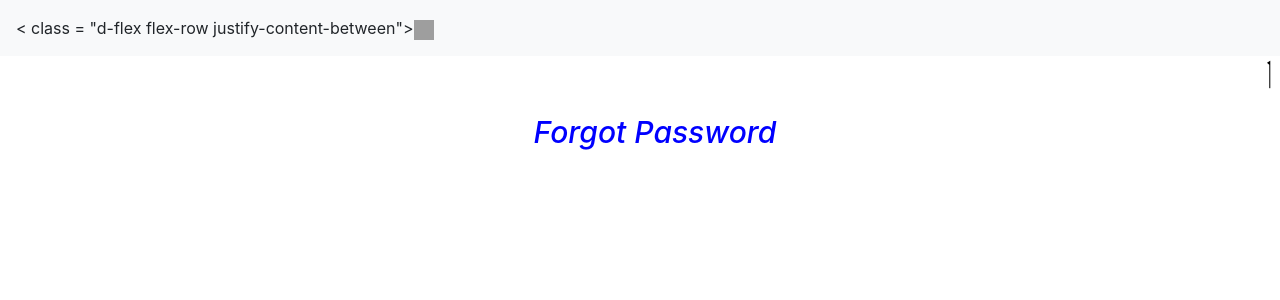
Repository: siri548/Karyakartha
Page: forgotPage.html
The author's editor kept a copy of each file at every save. The page is drawn from the files as they stood at one save, then again after the next save.
The browser window is 1280 px wide. The pictures show the whole page.
Pictures or frames that could not be fetched are drawn as grey boxes.

Above is the page before, as saved 2023-11-04 15:46:13.
Console error (its wording comes from the project's code and is left out).

After the next save:
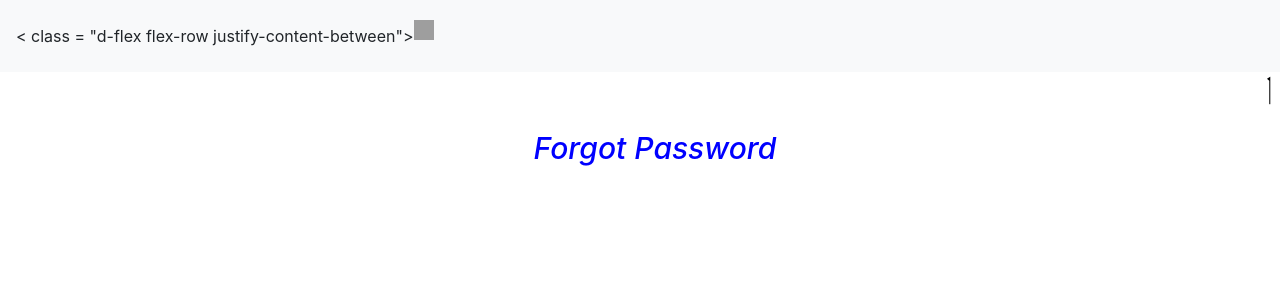
Saved 6 s later.
--- a/forgotPage.html
+++ b/forgotPage.html
@@ -15,14 +15,14 @@
 </head>
 
 <body>
-    <div    class = "bg-forgotPage">
-    <nav    class = "navbar navbar-expand-lg navbar-light bg-light">
-    <       class = "d-flex flex-row justify-content-between">
-    <a      class = " navbar-brand " href       = "# ">
-    <i      class = "outer-icon bi bi-search "></i>
-    <img    src   = "D:\icons\trend.png " class = "inner-icon " />
-    <button class = "navbar-toggler " type      = "button " data-toggle = "collapse " data-target = "#navbarNavAltMarkup " aria-controls = "navbarNavAltMarkup " aria-expanded = "false " aria-label = "Toggle navigation ">
-    <span   class = "navbar-toggler-icon "></span>
+    <div    class    = "bg-forgotPage">
+    <nav    class    = "navbar navbar-expand-lg navbar-light bg-light">
+    <       class    = "d-flex flex-row justify-content-between">
+    <div    <a class = " navbar-brand " href       = "# ">
+    <i      class    = "outer-icon bi bi-search "></i>
+    <img    src      = "D:\icons\trend.png " class = "inner-icon " />
+    <button class    = "navbar-toggler " type      = "button " data-toggle = "collapse " data-target = "#navbarNavAltMarkup " aria-controls = "navbarNavAltMarkup " aria-expanded = "false " aria-label = "Toggle navigation ">
+    <span   class    = "navbar-toggler-icon "></span>
             </button>
                     <div class="collapse navbar-collapse " id="navbarNavAltMarkup ">
                         <div class="navbar-nav ml-auto ">
@@ -42,7 +42,7 @@
 
             <h1 class="forgotHeading ">Forgot Password</h1>
         </div>
-    </div>
+        </div>
 
 
 
